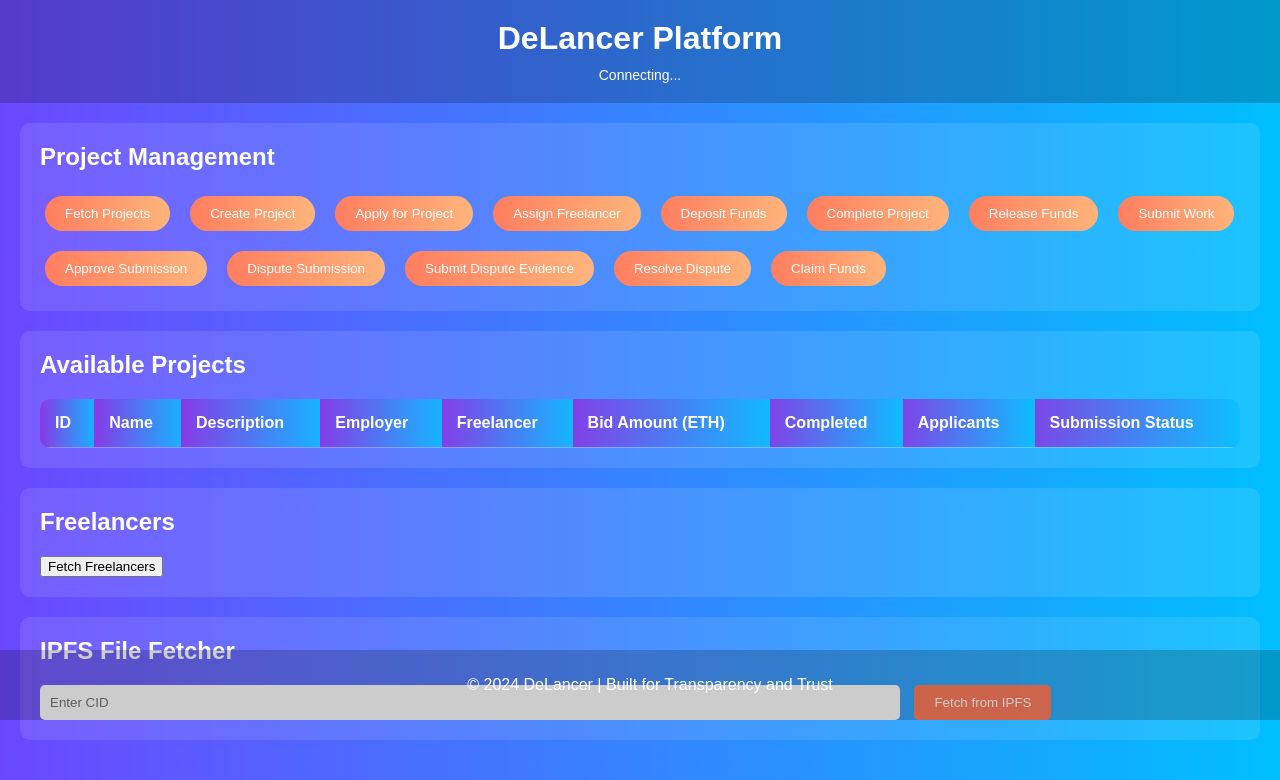
Repository: navjoth/DeLancer
Page: public/index.html
These files come from the project's save history. The page is drawn as it stood at one moment and after the next save; the edit follows.
The browser window is 1280 px wide. The pictures show the whole page.

Above is the page before, as saved 2025-03-21 18:07:28.

After the next save:
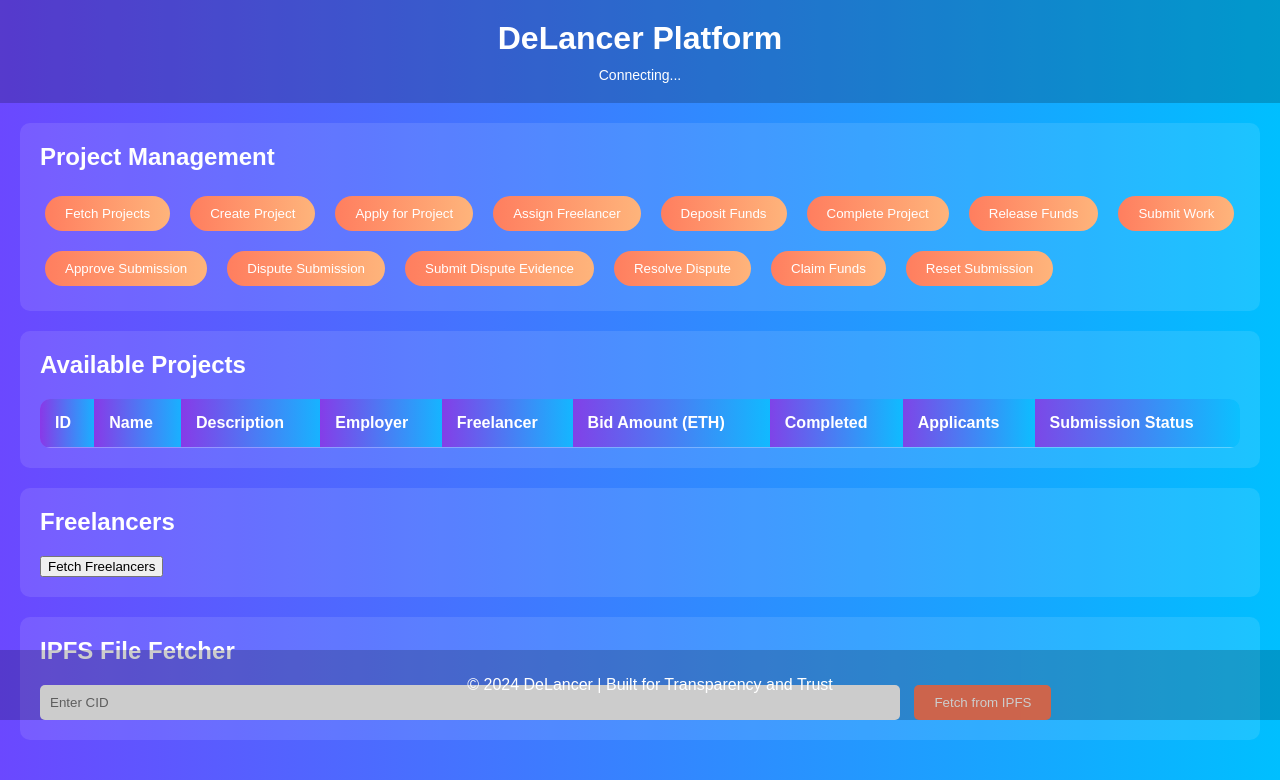
Saved 20 s later.
--- a/public/index.html
+++ b/public/index.html
@@ -34,6 +34,7 @@
                 <button id="submitDisputeEvidenceBtn">Submit Dispute Evidence</button>
                 <button id="resolveDisputeBtn">Resolve Dispute</button>
                 <button id="claimFundsBtn">Claim Funds</button>
+                <button id="resetSubmissionBtn">Reset Submission</button>
                 <!-- NEW BUTTONS END HERE -->
             </div>
         </section>
